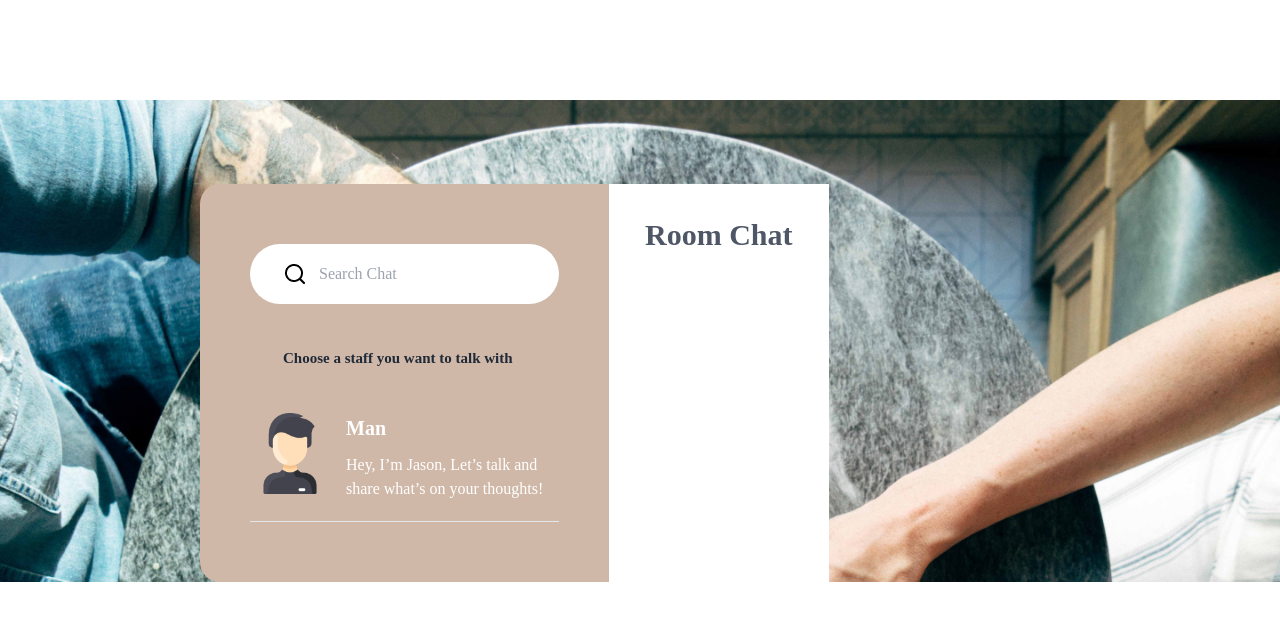
Repository: boykebn/fw12-collab2-FRONTEND
Page: /chat (app in our/)
An editor plug-in stored every save of this project. The page is shown before and after the next save, followed by the edit.
The browser window is 1280 px wide. The pictures show the whole page.
The project was rebuilt for these pictures with package versions that can differ from the ones it lists, and the page was loaded fresh each time. The framework's server and built-in components were replaced by stand-ins that run in the browser. Also part of the build but not shown: our/next.config.js.

Above is the page before, as saved 2023-01-01 00:04:53.

### our/pages/_app.js
import "../styles/globals.css";
import { Provider } from "react-redux";
import { store } from "../redux/store";

export default function App({ Component, pageProps }) {
  return (
    <Provider store={store}>
      <Component {...pageProps} />
    </Provider>
  );
}

### our/pages/chat.js
import React from "react";
import Image from "next/image";
import search from "../assets/search.png";
import man from "../assets/man.png";

const Chat = () => {
  return (
    <div className="pt-[100px] font-poppins">
      <div className="bg-[url('../assets/background-chat.png')] bg-cover bg-no-repeat">
        <div className="pt-[84px] px-[200px] flex ">
          <div className=" py-[60px] px-[50px]  bg-[#d0b8a8] rounded-l-[20px]">
            <div className="border-1 flex items-center bg-white py-[18px] pl-[35px] pr-[40px] rounded-[30px] mb-[43px]">
              <Image src={search} alt="search" className="mr-[14px]" />
              <input placeholder="Search Chat" className="focus:outline-none" />
            </div>
            <p className="text-[15px] font-bold mb-[43px] px-[33px]">
              Choose a staff you want to talk with
            </p>
            <div className="flex mb-[20px] text-white">
              <Image
                src={man}
                alt="man"
                className="w-[80px] h-[81px] mr-[16px]"
              />
              <div>
                <p className="text-[20px] font-bold mb-[10px]">Man</p>
                <p className="w-[210px]">
                  Hey, I’m Jason, Let’s talk and share what’s on your thoughts!
                </p>
              </div>
            </div>
            <hr />
          </div>
          <div className="bg-white px-[36px] py-[28px]">
            <div>
              <p className="text-[#4F5665] text-[30px] font-bold leading-[45px]">
                Room Chat
              </p>
            </div>
          </div>
        </div>
      </div>
    </div>
  );
};

export default Chat;

### our/styles/globals.css
@tailwind base;
@tailwind components;
@tailwind utilities;

@import url("https://fonts.googleapis.com/css2?family=Poppins&family=Rubik&display=swap");
.btn {
  text-transform: none;
  width: 100%;
}
.input {
  width: 100%;
}

@media (min-width: 768px) {
  .bg-forgot-password {
    background-image: url("../images/forgotPasswordBg.png");
  }
}

### our/redux/store.js
import { configureStore } from '@reduxjs/toolkit';
import thunk from 'redux-thunk'
import reducer from './reducers';
import {persistStore} from 'redux-persist'

const store = configureStore({
    reducer,
    middleware: [thunk]
})

const persistor = persistStore(store)

export {store, persistor}

### our/redux/reducers/index.js
import {combineReducers} from '@reduxjs/toolkit';
import {persistReducer} from 'redux-persist'
import storage from 'redux-persist/lib/storage'
import auth from './auth'

const authConfig = {
    key: 'auth',
    storage
}

const reducer = combineReducers({
    auth: persistReducer(authConfig, auth),
})

export default reducer

### our/redux/reducers/auth.js
import {createSlice} from '@reduxjs/toolkit'

const initialState = {
    token: null
}

const authReducer = createSlice({
    name: 'auth',
    initialState,
    reducers: {
        logout: (state, action) => {
            return initialState
        }
    },
    extraReducers: (build) => {
    }
})

export const { logout } = authReducer.actions

export default authReducer.reducer

### our/tailwind.config.js
/** @type {import('tailwindcss').Config} */
module.exports = {
  content: [
    "./pages/**/*.{js,ts,jsx,tsx}",
    "./components/**/*.{js,ts,jsx,tsx}",
  ],
  theme: {
    extend: {
      fontFamily: {
        rubik: ["Rubik", "sans-serif"],
        poppins: ["Poppins"],
      },
      backgroundImage: {
        order_bg: "url('../images/bg-1.png')",
      },
    },
  },
  plugins: [require("daisyui")],
};

After the next save:
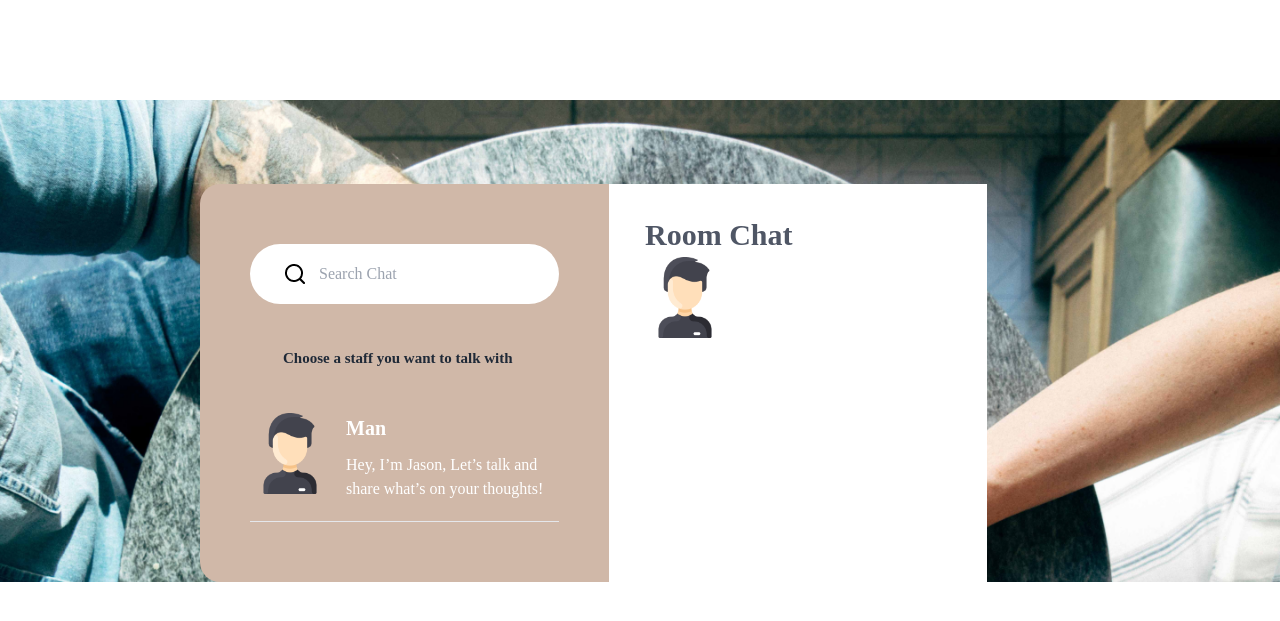
Saved 86 s later.
--- a/our/pages/chat.js
+++ b/our/pages/chat.js
@@ -36,6 +36,21 @@ const Chat = () => {
               <p className="text-[#4F5665] text-[30px] font-bold leading-[45px]">
                 Room Chat
               </p>
+              <div className="flex mb-[20px] text-white">
+                <Image
+                  src={man}
+                  alt="man"
+                  className="w-[80px] h-[81px] mr-[16px]"
+                />
+                <div>
+                  <p className="text-[20px] font-bold mb-[10px]">Man</p>
+                  <p className="w-[210px]">
+                    Hey, I’m Jason, Let’s talk and share what’s on your
+                    thoughts!
+                  </p>
+                </div>
+              </div>
+              <div></div>
             </div>
           </div>
         </div>
